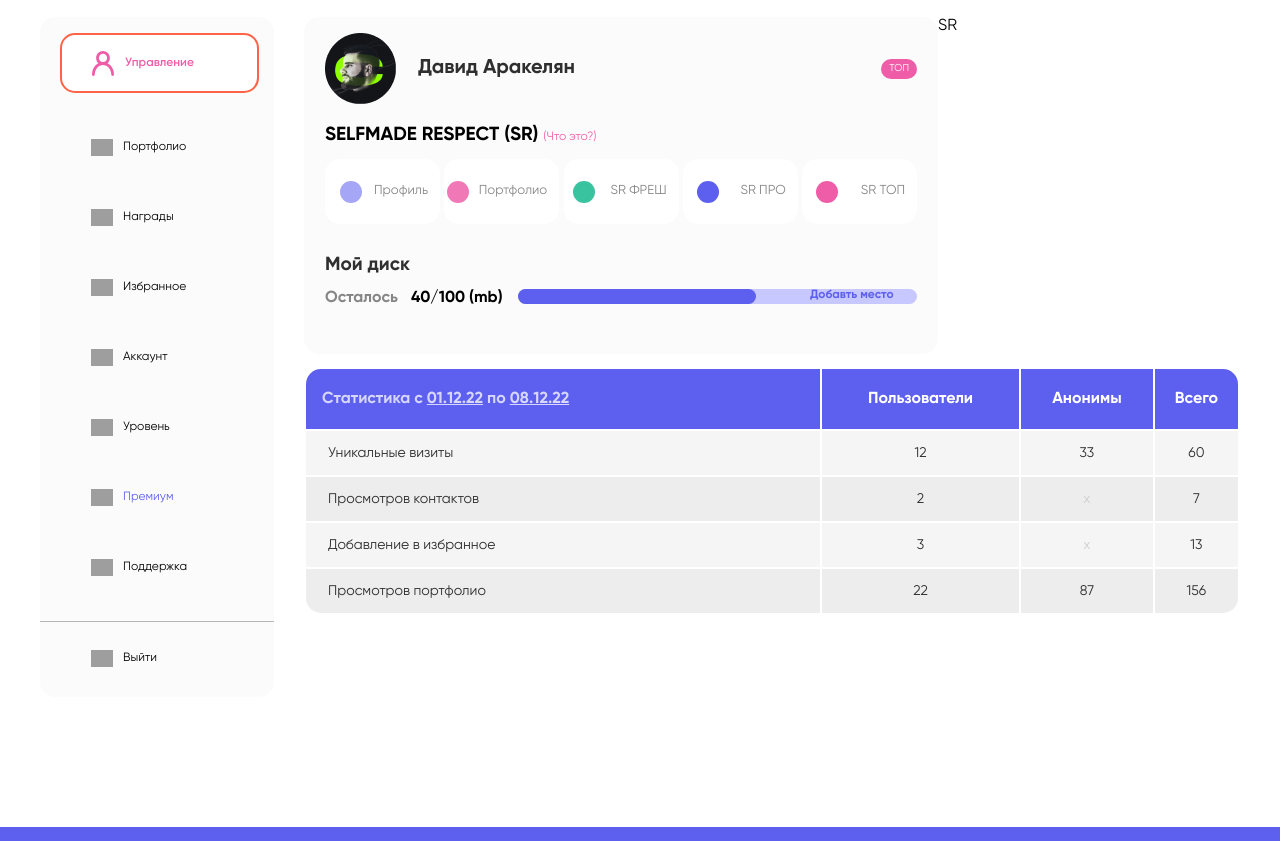
Repository: alexboagreek/selfmade
Page: index.html
The author's editor kept a copy of each file at every save. The page is drawn from the files as they stood at one save, then again after the next save.
The browser window is 1280 px wide. The pictures show the part of the page from y = 353 to 1194 px (the page is 1719 px tall before and 1703 px after).
Pictures or frames that could not be fetched are drawn as grey boxes. A picture or video elsewhere on the page could not be fetched, so the positions and the page height are approximate.

Above is the page before, as saved 2022-12-13 16:49:24.

### index.html
<!DOCTYPE html>
<html lang="ru">
<head>
    <meta charset="UTF-8">
    <meta http-equiv="X-UA-Compatible" content="IE=edge">
    <meta name="viewport" content="width=device-width, initial-scale=1.0">
    <link rel="stylesheet" href="css/style.css">
    <link rel="icon" type="image/png" sizes="64x64" href="assets/icons/favicon.png">
    <link rel="icon" type="image/png" sizes="48x48" href="assets/icons/favicon_48.png">
    <title>Selfmade</title>
</head>
<body>
    <header class="header">
        <div class="header__container">
            <h1 class="visually-hidden">Selfmade...</h1>
            <div class="header__box">
                <div class="header__logo">
                    <a href="/"><img src="./assets/icons/header_logo.svg" alt="Логотип Selfmade"></a>
                </div>
                <div class="header__login">
                    <div class="header__alarm">
                        <img class="header__alarm_icon" src="assets/icons/bell.svg" alt="authorization bell">
                    </div>
                    <p class="user__name">Аракелян Д.</p>
                    <div class="user__login">
                        <img src="assets/icons/user_icon.svg" alt="user icon">
                    </div>
                </div>
            </div>
        </div>
    </header>

    <main class="main main__container">
        <div class="sidebar">
            <ul class="menu__list">
                <li class="menu__list_item menu__list_item_fix">
                    <button class="menu__list_button menu__button_control control__text button__margin">Управление</button>
                </li>
                <li class="menu__list_item list_item_fix">
                    <button class="menu__list_button menu__button_portfolio">Портфолио</button>
                </li>
                <li class="menu__list_item list_item_fix">
                    <button class="menu__list_button menu__button_star">Награды</button>
                </li>
                <li class="menu__list_item list_item_fix">
                    <button class="menu__list_button menu__button_like">Избранное</button>
                </li>
                <li class="menu__list_item list_item_fix">
                    <button class="menu__list_button menu__button_settings">Аккаунт</button>
                </li>
                <li class="menu__list_item list_item_fix">
                    <button class="menu__list_button menu__button_level">Уровень</button>
                </li>
                <li class="menu__list_item list_item_fix">
                    <button class="menu__list_button menu__button_premium menu__button_active">Премиум</button>
                </li>
                <li class="menu__list_item item__border list_item_fix">
                    <button class="menu__list_button menu__button_helper">Поддержка</button>
                </li>
                <li class="menu__list_item list_item_fix menu__line">
                    <button class="menu__list_button menu__button_exit">Выйти</button>
                </li>
            </ul>
        </div>
        <div class="content">
            <section class="interface">
                <div class="interface__box">
                    <div class="interface__box_header interface__line">
                        <div class="user__info">
                            <img src="assets/img/interface.png" alt="Логотип интерфейса юзера | user interface logo" class="interface__img">
                            <p class="interface__text">Давид Аракелян</p>
                        </div>
                        <div class="interface__rating">Топ</div>
                    </div>
                    <div class="selfmade__respect">
                        <h2 class="selfmade__respect_title">SELFMADE RESPECT (SR) <span class="selfmade__span">(Что это?)</span></h2>
                        <ul class="selfmade__list">
                            <li class="selfmade__list_item"><span class="selfmade__profile"></span><span class="list__text">Профиль</span></li>
                            <li class="selfmade__list_item"><span class="selfmade__portfolio"></span>Портфолио</li>
                            <li class="selfmade__list_item"><span class="selfmade__fresh"></span>SR ФРЕШ</li>
                            <li class="selfmade__list_item"><span class="selfmade__pro"></span>SR ПРО</li>
                            <li class="selfmade__list_item"><span class="selfmade__top"></span>SR ТОП</li>
                        </ul>
                    </div>
                    <div class="selfmade__disk">
                        <h3 class="selfmade__disk_title">Мой диск</h3>
                        <div class="selfmade__disk_progress">
                            <p class="selfmade__disk_text">Осталось</p>
                            <p class="selfmade__disk_value">40/100 (mb)</p>
                            <div class="progress__bar">
                                <div class="progress__cover_bar"><span class="progress__bar_text">Добавть место</span></div>
                            </div>
                        </div>
                    </div>
                </div>
                <div class="interface__respect">SR</div>
            </section>
            <section class="table">
                <table class="table__body">
                    <thead>
                      <tr>
                        <th class="table__head">Статистика с <span class="table__date">01.12.22</span> по <span class="table__date">08.12.22</span></th>
                        <th class="table__text">Пользователи</th>
                        <th class="table__text">Анонимы</th>
                        <th class="table__text table__left">Всего</th>
                      </tr>
                    </thead>
                    <tbody>
                      <tr class="table__first">
                        <td class="table__first_row">Уникальные визиты</td>
                        <td class="first__row_text">12</td>
                        <td class="first__row_text">33</td>
                        <td class="first__row_text">60</td>
                      </tr>
                      <tr class="table__second">
                        <td class="table__second_row">Просмотров контактов</td>
                        <td class="first__row_text">2</td>
                        <td class="first__row_text text__module">x</td>
                        <td class="first__row_text">7</td>
                      </tr>
                      <tr class="table__first">
                        <td class="table__first_row">Добавление в избранное</td>
                        <td class="first__row_text">3</td>
                        <td class="first__row_text text__module">x</td>
                        <td class="first__row_text">13</td>
                      </tr>
                      <tr  class="table__second">
                        <td class="table__second_row row__radius_left">Просмотров портфолио</td>
                        <td class="first__row_text">22</td>
                        <td class="first__row_text">87</td>
                        <td class="first__row_text row__radius">156</td>
                      </tr>
                    </tbody>
                  </table>
            </section>
        </div>
    </main>

  <footer class="footer">
    <div class="footer__container">
        <div class="footer__box">
            <img src="./assets/icons/footer_logo.svg" alt="Логотип Selfmade">
            <div class="footer__social">
                <ul class="footer__social_list">
                    <li class="footer__social_list_item">
                        <svg width="15" height="14" viewbox="0 0 15 14" fill="none" xmlns="http://www.w3.org/2000/svg">
                            <path d="M0.911243 6.87875L4.18677 8.10128L5.45459 12.1786C5.53572 12.4397 5.85504 12.5363 6.067 12.363L7.89283 10.8745C8.08421 10.7186 8.35682 10.7108 8.55683 10.856L11.85 13.2469C12.0767 13.4117 12.3979 13.2875 12.4548 13.0135L14.8672 1.40935C14.9293 1.11007 14.6352 0.860402 14.3502 0.970619L0.907405 6.15646C0.575664 6.2844 0.578554 6.75408 0.911243 6.87875ZM5.25027 7.4505L11.6519 3.50775C11.7669 3.43709 11.8853 3.59266 11.7865 3.6843L6.50332 8.59526C6.31761 8.76813 6.19783 8.99946 6.1639 9.25055L5.98393 10.5842C5.9601 10.7623 5.70995 10.78 5.66081 10.6077L4.96866 8.17563C4.88939 7.89823 5.00491 7.60194 5.25027 7.4505Z" fill="#5D5FEF"/>
                        </svg>
                    </li>
                    <li class="footer__social_list_item">
                        <svg width="15" height="15" viewbox="0 0 15 15" fill="none" xmlns="http://www.w3.org/2000/svg">
                            <path fill-rule="evenodd" clip-rule="evenodd" d="M4.90509 0.6828C2.54568 0.6828 0.632996 2.59548 0.632996 4.9549V10.295C0.632996 12.6544 2.54568 14.5671 4.90509 14.5671H10.2452C12.6046 14.5671 14.5173 12.6544 14.5173 10.295V4.9549C14.5173 2.59548 12.6046 0.6828 10.2452 0.6828H4.90509ZM7.57515 3.88687C5.51067 3.88687 3.83707 5.56047 3.83707 7.62496C3.83707 9.68944 5.51067 11.363 7.57515 11.363C9.63964 11.363 11.3132 9.68944 11.3132 7.62496C11.3132 5.56047 9.63964 3.88687 7.57515 3.88687ZM11.5421 4.64975C12.0898 4.64975 12.5338 4.20573 12.5338 3.65801C12.5338 3.11029 12.0898 2.66627 11.5421 2.66627C10.9944 2.66627 10.5504 3.11029 10.5504 3.65801C10.5504 4.20573 10.9944 4.64975 11.5421 4.64975Z" fill="#5D5FEF"/>
                        </svg>
                    </li>
                    <li class="footer__social_list_item">
                        <svg width="16" height="9" viewbox="0 0 16 9" fill="none" xmlns="http://www.w3.org/2000/svg">
                            <path d="M12.9479 4.91454C12.7006 4.61918 12.7714 4.48778 12.9479 4.22376C12.9511 4.22075 14.9925 1.55289 15.2028 0.648132L15.2041 0.647529C15.3086 0.317814 15.2041 0.0755005 14.6987 0.0755005H13.0263C12.6006 0.0755005 12.4043 0.283456 12.2991 0.516125C12.2991 0.516125 11.4477 2.44378 10.2431 3.69332C9.85434 4.05438 9.67462 4.17012 9.46239 4.17012C9.35787 4.17012 9.19535 4.05438 9.19535 3.72467V0.647529C9.19535 0.252112 9.07617 0.0755005 8.72373 0.0755005H6.09412C5.82709 0.0755005 5.66839 0.259948 5.66839 0.431737C5.66839 0.80666 6.27066 0.892856 6.33312 1.9477V4.23642C6.33312 4.73792 6.23689 4.83015 6.02338 4.83015C5.45489 4.83015 4.07508 2.89465 3.25739 0.679476C3.09232 0.249701 2.93108 0.0761032 2.50216 0.0761032H0.829178C0.351821 0.0761032 0.255585 0.284059 0.255585 0.516728C0.255585 0.927817 0.824079 2.97181 2.89921 5.67222C4.28221 7.51549 6.22988 8.51428 8.00164 8.51428C9.06661 8.51428 9.19663 8.29246 9.19663 7.91091C9.19663 6.14961 9.10039 5.98325 9.63383 5.98325C9.88111 5.98325 10.3068 6.09898 11.3011 6.98806C12.4374 8.04231 12.6242 8.51428 13.2602 8.51428H14.9326C15.4093 8.51428 15.6508 8.29246 15.5119 7.85485C15.1939 6.93442 13.0448 5.04112 12.9479 4.91454V4.91454Z" fill="#5D5FEF"/>
                        </svg>
                    </li>
                    <li class="footer__social_list_item">
                        <svg width="7" height="14" viewbox="0 0 7 14" fill="none" xmlns="http://www.w3.org/2000/svg">
                            <path d="M5.1126 2.93661H6.8285V0.446777H4.81141V0.455757C2.36736 0.540786 1.86645 1.89031 1.8223 3.30771H1.81727V4.55101H0.153015V6.9893H1.81727V13.5253H4.3254V6.9893H6.37996L6.77685 4.55101H4.32622V3.79984C4.32622 3.32082 4.65072 2.93661 5.1126 2.93661Z" fill="#5D5FEF"/>
                        </svg>
                    </li>
                </ul>
            </div>
        </div>
        <div class="footer__services">
            <ul class="services__list">
                <li class="services__list_item">Как работает сервис?</li>
                <li class="services__list_item">Советы от SELFMADE</li>
                <li class="services__list_item">Пользовательское соглашение</li>
                <li class="services__list_item">Почему SELFMADE</li>
                <li class="services__list_item">Помощь и поддержка</li>
            </ul>
        </div>
    </div>
    <div class="footer__copyright">
        <ul class="footer__copyright_list">
            <li class="footer__copyright_list_item footer__copy_text">© SELFMADE.TEAM 2022</li>
            <li class="footer__copyright_list_item footer__copy_text-info">ИНН 431207720494 / ОГРНИП 320508100324371</li>
            <li class="footer__copyright_list_item">
                <a class="footer__copyright_link" href="#">Политика конфиденциальности</a>
            </li>
        </ul>
    </div>

  </footer>
</body>
</html>

### css/style.css
@import 'normalize.css';
@import 'fonts.css';
@import 'default.css';
@import 'header.css';
@import 'sidebar.css';
@import 'interface.css';
@import 'table.css';
@import 'footer.css';

### css/fonts.css
@font-face {
    font-family: Gilroy;
    src: url(../assets/fonts/Gilroy-Regular.woff2) format('woff2'),
    url(../assets/fonts/Gilroy-Regular.woff) format('woff');
    font-weight: 400;
}

@font-face {
    font-family: Gilroy;
    src: url(../assets/fonts/Gilroy-Semibold.woff2) format('woff2'),
    url(../assets/fonts/Gilroy-Semibold.woff) format('woff');
    font-weight: 500;
}

@font-face {
    font-family: Gilroy;
    src: url(../assets/fonts/Gilroy-Bold.woff2) format('woff2'),
    url(../assets/fonts/Gilroy-Bold.woff) format('woff');
    font-weight: 600;
}

### css/default.css
:root {
    --color-control-text:#EF5DA8;
    --color-menu: #F0F0F0;
    --color-menu-active: #5D5FEF;
    --color-alarm: #EF5DA8;
    --color-main: #FBFBFB;
    --footer-color-main: #5D5FEF;
    --footer-color-copyright: #5556D3;
    --footer-social-color: #FFFFFF;
    --footer-copyright-link: #B6B6B6;

}

html {
  overflow-x: hidden;
  position: relative;
  box-sizing: border-box;
}

*,
*::before,
*::after {
  box-sizing: inherit;
}

body {
  display: flex;
  flex-direction: column;
  min-width: 320px;
  height: 100%;
  font-family: Gilroy, sans-serif;
  background-color: #FFFFFF;
  font-size: 16px;
  overflow-x: hidden;
  position: relative;
}

img,
svg {
  max-width: 100%;
  max-height: 100%;
  height: auto;
}

button {
  padding: 0;
  cursor: pointer;
  border: none;
  background-color: transparent;
}

a {
  text-decoration: none;
  color: inherit;
}

ul {
  list-style: none;
  padding: 0;
  margin: 0;
}

h1,
h2,
h3,
p,
figure,
fieldset {
  margin: 0;
}

iframe {
  border: none;
}

fieldset {
  padding: 0;
  border: 0;
}

.visually-hidden {
  position: fixed;
  transform: scale(0);
}

.container {
    max-width: 1400px;
    padding: 0 100px;
    margin: 0 auto;
}

### css/header.css
.header {
    padding-top: 28px;
    padding-bottom: 37px;
    flex: 0 0 auto;
    background-color: #FFFFFF;
}

.header__box {
    display: flex;
    justify-content: space-between;
    align-items: center;
}

.header__container {
    max-width: 1500px;
    margin: 0 auto;
    padding: 0 100px;
}

.header__alarm {
    position: relative;
    margin-right: 11px;
}

.header__alarm::after {
    position: absolute;
    top: 0;
    content: '';
    width: 5px;
    height: 5px;
    background-color: var(--color-alarm);
    border-radius: 50%;
}
.user__name {
    margin-right: 6px;
}

.header__login {
    display: flex;
    align-items: center;
}

.user__login {
    cursor: pointer;
}

.services__list_item {
    cursor: pointer;
}

### css/sidebar.css
.main {
    display: flex;
}

.main__container {
    max-width: 1200px;
    margin: 0 auto;
}

.sidebar {
    display: flex;
    justify-content: center;
    width: 234px;
    border-radius: 15px;
    background-color: var(--color-main);
    margin-bottom: 130px;
    margin-right: 30px;
}

.menu__list_button {
    font-size: 12px;
    line-height: 16px;
    padding: 7px 8px 7px 40px;
    background-size: 22px;
    background-position: 8px center;
    background-repeat: no-repeat;
    border-radius: 50px;
    border: 1px solid transparent;
    white-space: nowrap;
    outline: none;
    margin-bottom: 38px;
}

.menu__list_item_fix {
    display: flex;
    padding-left: 20px;
    align-items: flex-start;
}

.menu__button_active {
    color: var(--color-menu-active);
}

.menu__button_control {
    width: 199px;
    margin-top: 16px;
    border-radius: 15px;
    border: 2px solid tomato;
    padding: 20px;
    background-color: #FFFFFF;
    background-image: url('../assets/icons/user__icon.svg');
    background-position: calc(30px);
}

.control__text {
    font-weight: 500;
    color: var(--color-control-text);
}

.menu__button_portfolio {
    background-image: url('../assets/icons/portfolio_icon.svg');
}
.menu__button_star {
    background-image: url('../assets/icons/star_icon.svg');
}

.menu__button_like {
    background-image: url('../assets/icons/like_icon.svg');
}
.menu__button_settings {
    background-image: url('../assets/icons/settings_icon.svg');
}
.menu__button_level {
    background-image: url('../assets/icons/level_icon.svg');
}
.menu__button_premium {
    background-image: url('../assets/icons/premium_icon.svg');
}

.menu__button_helper {
    background-image: url('../assets/icons/helper_icon.svg');
}

.menu__line {
    width: 234px;
    border-top: 1px solid var(--footer-copyright-link);
}
.menu__button_exit {
    background-image: url('../assets/icons/exit_icon.svg');
    margin-top: 20px;
    margin-bottom: 23px;
}

.list_item_fix {
    padding-left: 42px;
}

.ma

### css/interface.css

.interface {
    display: flex;
    margin-bottom: 13px;
}

.interface__box {
    border-radius: 15px;
    padding: 16px 21px;
    width: 634px;
    background-color: var(--color-main);
}

.interface__box_header {
    display: flex;
    justify-content: space-between;
    align-items: center;
    margin-bottom: 19px;
}

.user__info {
    display: flex;
    align-items: center;
}

.interface__text {
    font-weight: 700;
    font-size: 20px;
    margin-left: 22px;
    line-height: 1.06;
    color: #2F2F2F;
}

.interface__rating {
    padding: 4px 8px;
    border-radius: 47px;
    color: #FFFFFF;
    background-color: var( --color-control-text);
    font-size: 10px;
    text-transform: uppercase;
}
.selfmade__respect_title {
    margin-bottom: 10px;
    font-weight: 600;
    font-size: 19px;
    line-height: 23px;
}

.selfmade__span {
    font-weight: 400;
    font-size: 12px;
    color: var(--color-control-text);
}

.selfmade__list {
    display: flex;
    justify-content: space-between;
    position: relative;
   text-align: end;
    margin-bottom: 30px;
}

.selfmade__list_item {
    position: relative;
    width: 115px;
    color: #868686;
    font-size: 13px;
    background-color: #FFFFFF;
    padding: 25px 12px;
    border-radius: 15px;

}

.selfmade__profile {
    top: 22px;
    left: 15px;
    position: absolute;
    display: block;
    border-radius: 50%;
    width: 22px;
    height: 22px;
    background-color: #A5A6F6;
}

.selfmade__portfolio {
    top: 22px;
    left: 3px;
    position: absolute;
    display: block;
    border-radius: 50%;
    width: 22px;
    height: 22px;
    background-color: #F178B6;
}

.selfmade__fresh{
    top: 22px;
    left: 9px;
    position: absolute;
    display: block;
    border-radius: 50%;
    width: 22px;
    height: 22px;
    background-color: #3AC39F;
}

.selfmade__pro {
    top: 22px;
    left: 14px;
    position: absolute;
    display: block;
    border-radius: 50%;
    width: 22px;
    height: 22px;
    background-color: #5D5FEF;
}

.selfmade__top {
    top: 22px;
    left: 14px;
    position: absolute;
    display: block;
    border-radius: 50%;
    width: 22px;
    height: 22px;
    background-color: #EF5DA8;
}
.selfmade__disk_title {
    font-size: 19px;
    font-weight: 600;
    color: #2F2F2F;
    margin-bottom: 13px;
}
.selfmade__disk_text {
    font-size: 16px;
    font-weight: 600;
    color:#868686;
    margin-right: 13px;
}

.selfmade__disk_value {
    font-size: 16px;
    font-weight: 600;
    margin-right: 15px;
    white-space: nowrap;
}
.selfmade__disk_progress {
    display: flex;
}

.progress__bar {
    position: relative;
    display: flex;
    align-items: center;
    width: 398px;
    width: 100%;
    background-color: #C7C8FF;
    border-radius: 63px;
    height: 15px;
}

.progress__cover_bar {
    position: absolute;
    width: 238px;
    background-color: #5D5FEF;
    border-radius: 63px;
    height: 15px;
}

.progress__bar_text {
    position: absolute;
    display: block;
    font-weight: 600;
    font-size: 12px;
    color: #5D5FEF;
    right: -138px;
}

.selfmade__disk {
    margin-bottom: 30px;
}

### css/table.css
.table__body {
    width: 936px;
    height: 236px;
}

.table__head {
    padding: 21px 16px;
    background-color: #5D5FEF;
    text-align: left;
    color: #D6D6FF;
    border-top-left-radius: 15px;
}

.table__text {
    background-color: #5D5FEF;
    color: #FFFFFF;
}

.table__left {
    border-top-right-radius: 15px;
}

.table__date {
    cursor: pointer;
    text-decoration: underline;
}

.table__first {
    background-color:#F5F5F5;
    font-weight: 400;
    color: #2F2F2F;
}

.table__first_row {
    font-size: 14px;
    padding: 14px 22px;
    color: #2F2F2F;
}

.table__second {
    background-color: #EDEDED;
    font-weight: 400;
    color: #2F2F2F;
}

.first__row_text {
    text-align: center;
    font-size: 14px;
    color: #2F2F2F;
}

.table__second_row {
    font-size: 14px;
    padding: 14px 22px;
    color: #2F2F2F;
}

.row__radius {
    border-bottom-right-radius: 15px;
}

.row__radius_left {
    border-bottom-left-radius: 15px;
}

.text__module {
    color: #CDCDCD;
    font-size: 14px;
}

### css/footer.css
.footer {
    flex: 0 0 auto;
}

.footer__container {
    padding: 50px 140px 0px 140px;
    background-color: var(--footer-color-main);
}

.footer__box {
    display: flex;
    justify-content: space-between;
    background-color: var(--footer-color-main);
    margin-bottom: 50px;
}

.footer__social_list_item {
    display: flex;
    align-items: center;
    justify-content: center;
    width: 29px;
    height: 29px;
    background-color: var(--footer-social-color);
    border-radius: 50%;
    margin-right: 19px;
    cursor: pointer;
}

.footer__social_list_item:last-child {
    margin-right: 0;
}

.footer__social_list {
    display: flex;
}

.footer__services {
    padding-bottom: 41px;
}

.services__list {
    display: flex;
    justify-content: space-between;
}
.services__list_item {
    font-size: 16px;
    font-weight: 500;
    color: var(--footer-social-color);
}

.footer__copyright {
    padding: 30px 140px;
    border-top: 1px solid #FFFFFF;
    background-color: var(--footer-color-copyright);
}

.footer__copyright_list {
    display: flex;
    justify-content: space-between;
}

.footer__copy_text {
    font-weight: 500;
    line-height: 16px;
    color: var(--footer-social-color);
}

.footer__copy_text-info {
    font-weight: 400;
    color: var(--footer-social-color);
}
.footer__copyright_link {
    color: var(--footer-copyright-link);
}

Loaded but not shown: css/normalize.css (library)

After the next save:
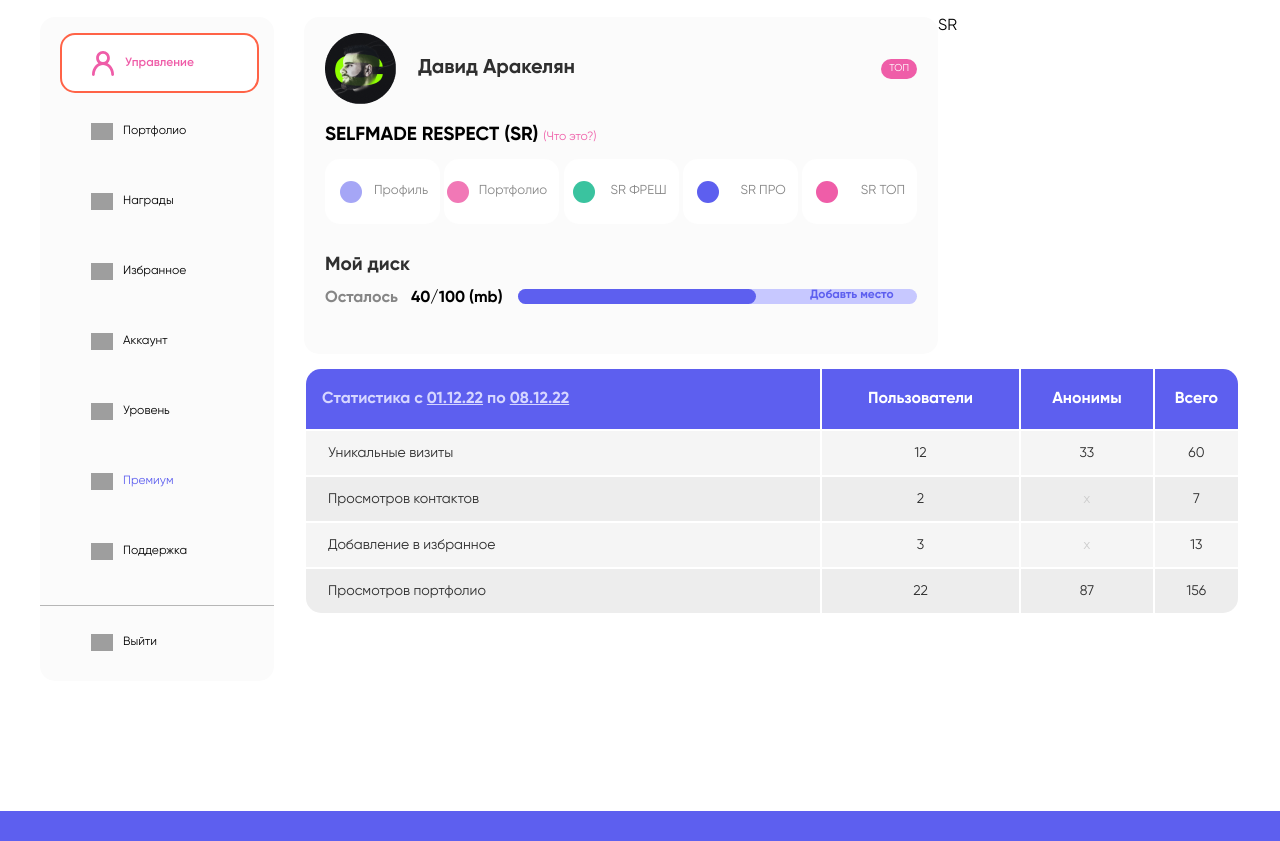
Saved 11 s later.
--- a/css/sidebar.css
+++ b/css/sidebar.css
@@ -95,4 +95,6 @@
     padding-left: 42px;
 }
 
-.ma
+.button__margin {
+    margin-bottom: 22px;
+}
